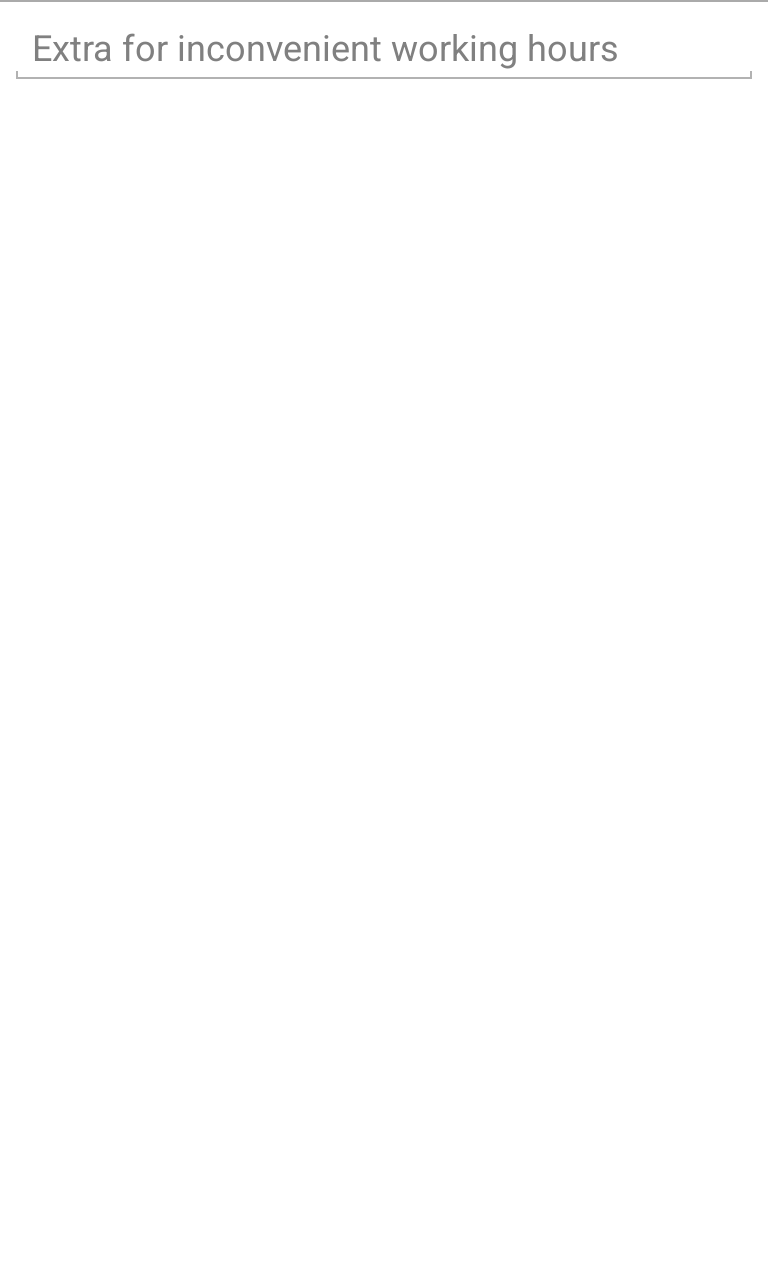
Repository: LudvigN/Hourly
Layout: Hourly/res/layout/add_emp_dialog.xml
These files come from the project's save history. The layout is drawn as it stood at one moment and after the next save; the edit follows.
It is drawn on a 768 x 1280 px phone screen (xhdpi) without system bars, with theme AppTheme; the app's code is not run.

Above is the layout before, as saved 2014-03-22 14:08:56.

After the next save:
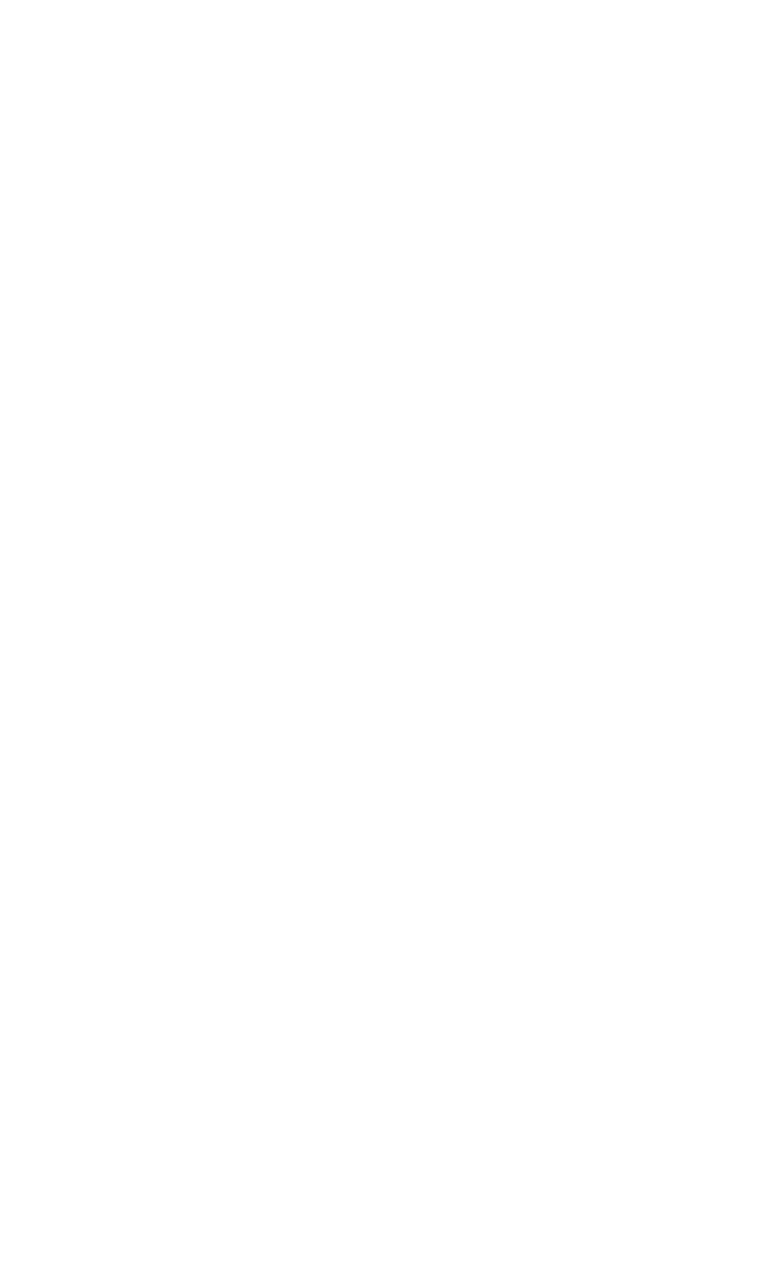
Saved 77 s later.
--- a/Hourly/res/layout/add_emp_dialog.xml
+++ b/Hourly/res/layout/add_emp_dialog.xml
@@ -55,6 +55,7 @@
         android:layout_margin="4dp"
         android:inputType="number"
         android:hint="@string/newEmpOb"
+        android:layout_below="@+id/dialog_txt_new_emp_salery"
         />
 
 

After the save that followed:
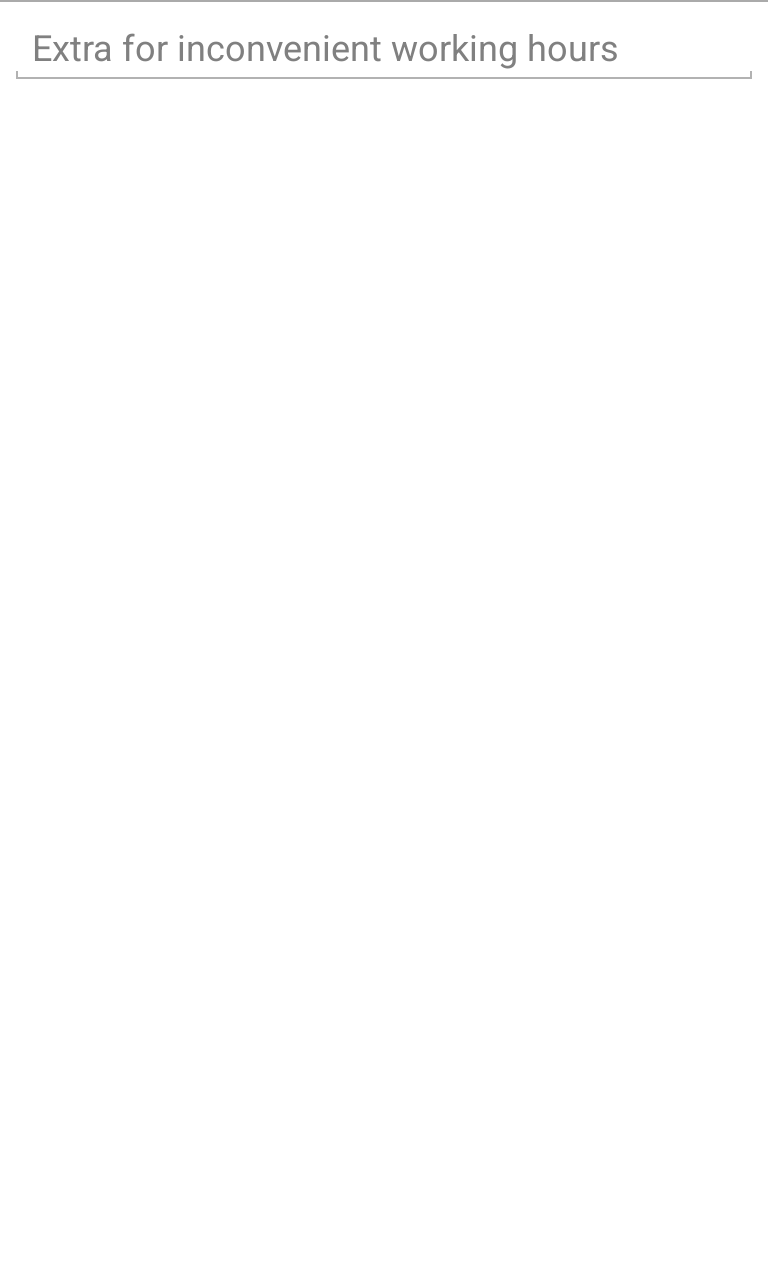
Saved 50 s later.
--- a/Hourly/res/layout/add_emp_dialog.xml
+++ b/Hourly/res/layout/add_emp_dialog.xml
@@ -55,7 +55,7 @@
         android:layout_margin="4dp"
         android:inputType="number"
         android:hint="@string/newEmpOb"
-        android:layout_below="@+id/dialog_txt_new_emp_salery"
+
         />
 
 
